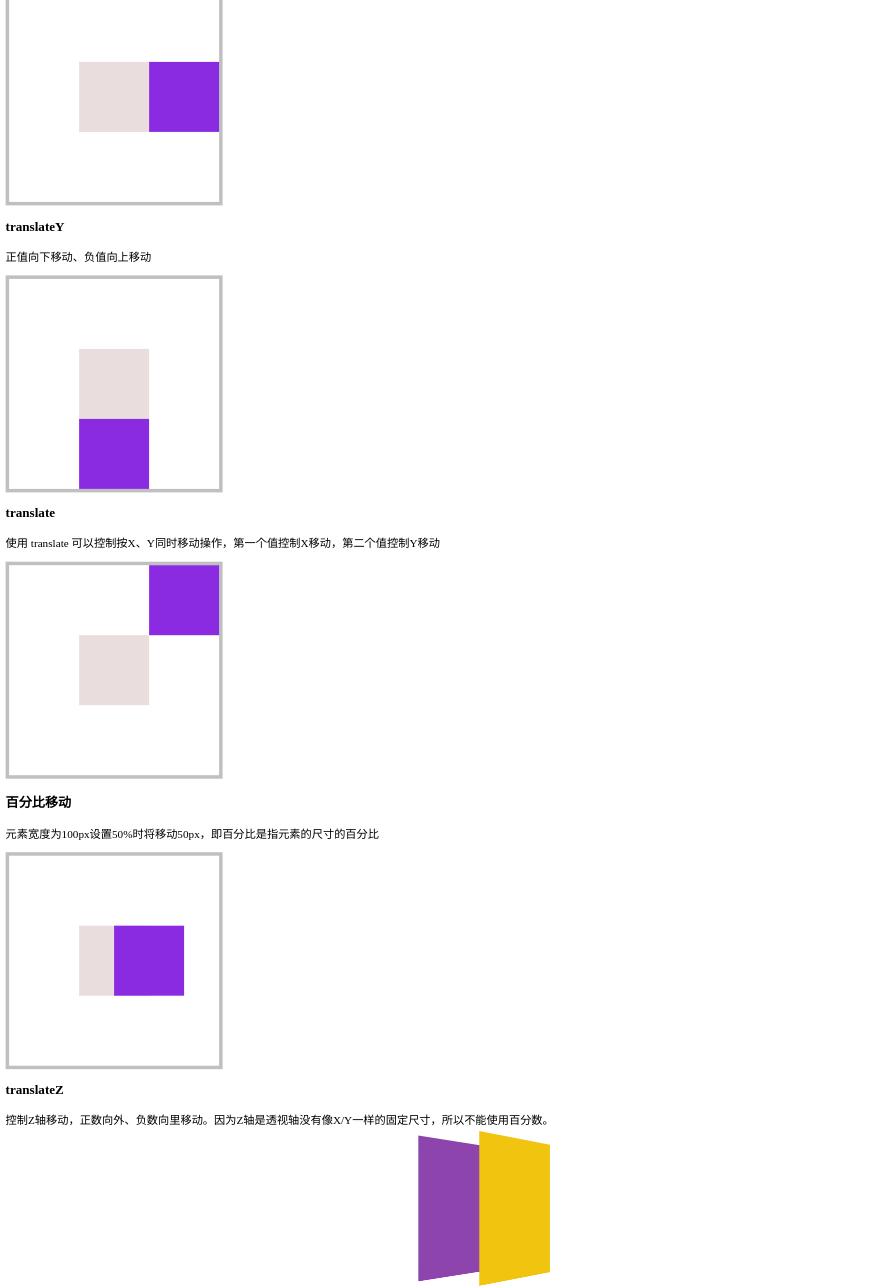
Repository: Aissd/animateDemo
Page: translate.html
An editor plug-in stored every save of this project. The page is shown before and after the next save, followed by the edit.
The browser window is 1280 px wide. The pictures show the part of the page from y = 1059 to 2979 px (the page is 2896 px tall before and 2979 px after), at 70% of full size.

Above is the page before, as saved 2020-05-11 23:04:57.

After the next save:
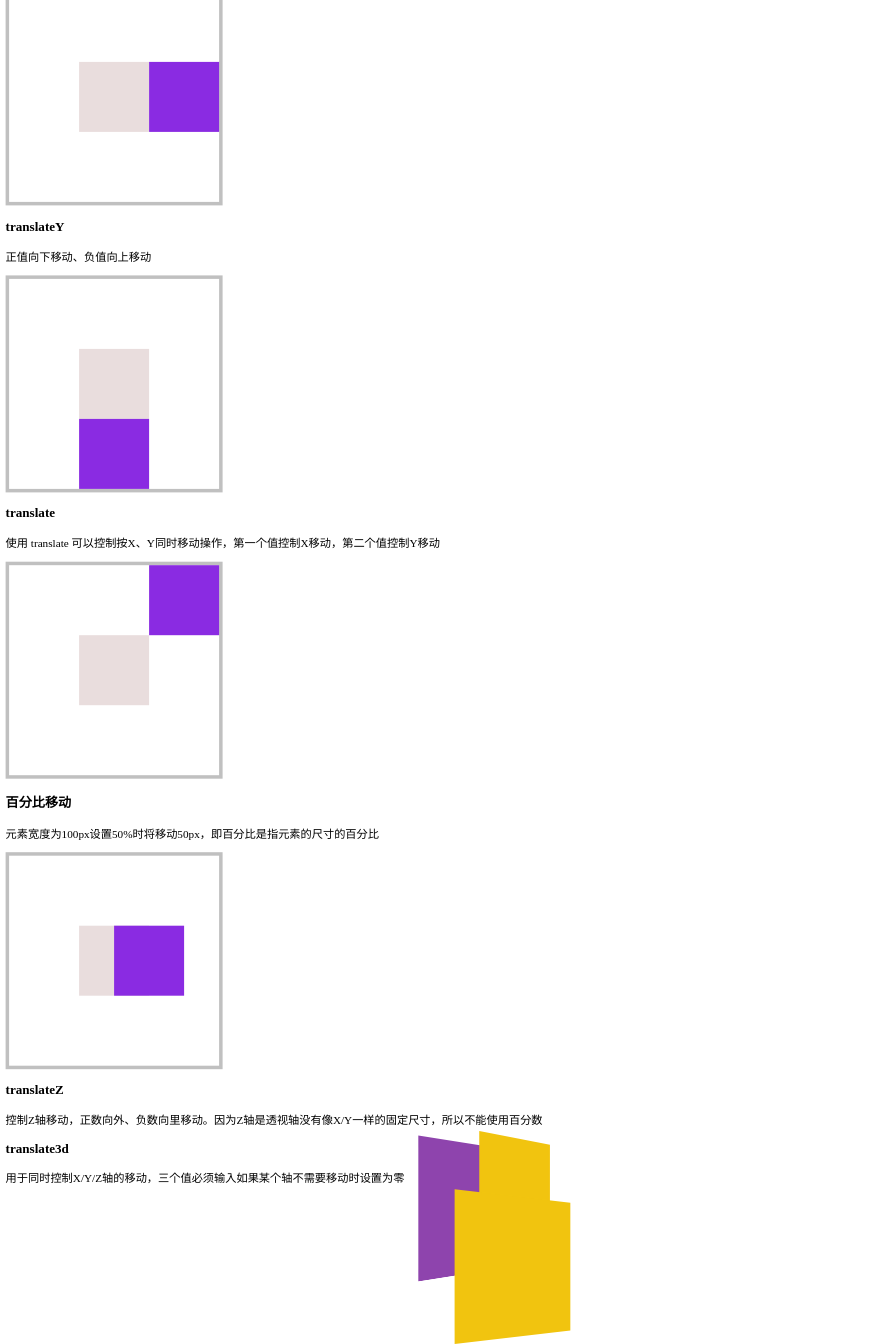
Saved 16 min 31 s later.
--- a/translate.html
+++ b/translate.html
@@ -77,7 +77,7 @@
 
         <section class="demo-section">
             <h3>translateZ</h3>
-            <p>控制Z轴移动，正数向外、负数向里移动。因为Z轴是透视轴没有像X/Y一样的固定尺寸，所以不能使用百分数。</p>
+            <p>控制Z轴移动，正数向外、负数向里移动。因为Z轴是透视轴没有像X/Y一样的固定尺寸，所以不能使用百分数</p>
             <div class="rel">
                 <main class="demo10">
                     <div class="f"></div>
@@ -85,6 +85,16 @@
                 </main>
             </div>
         </section>
+
+        <section class="demo-section">
+            <h3>translate3d</h3>
+            <p>用于同时控制X/Y/Z轴的移动，三个值必须输入如果某个轴不需要移动时设置为零</p>
+            <div class="rel">
+                <main class="demo11">
+                    <div></div>
+                </main>
+            </div>
+        </section>
     </div>
 </body>
 </html>
--- a/css/translate.css
+++ b/css/translate.css
@@ -238,3 +238,19 @@ body:hover .demo10 {
     background: #8e44ad;
     transform: translateZ(-100px);
 }
+
+.demo11 {
+    position: absolute;
+    left: 50%;
+    top: 50%;
+    width: 200px;
+    height: 200px;
+    background: #f1c40f;
+    perspective: 600px;
+    transform: perspective(600px) rotateY(35deg);
+    transition: 2s;
+}
+
+body:hover .demo11 {
+    transform: perspective(600px) rotateY(35deg) translate3d(50%, 50%, 200px);
+}
